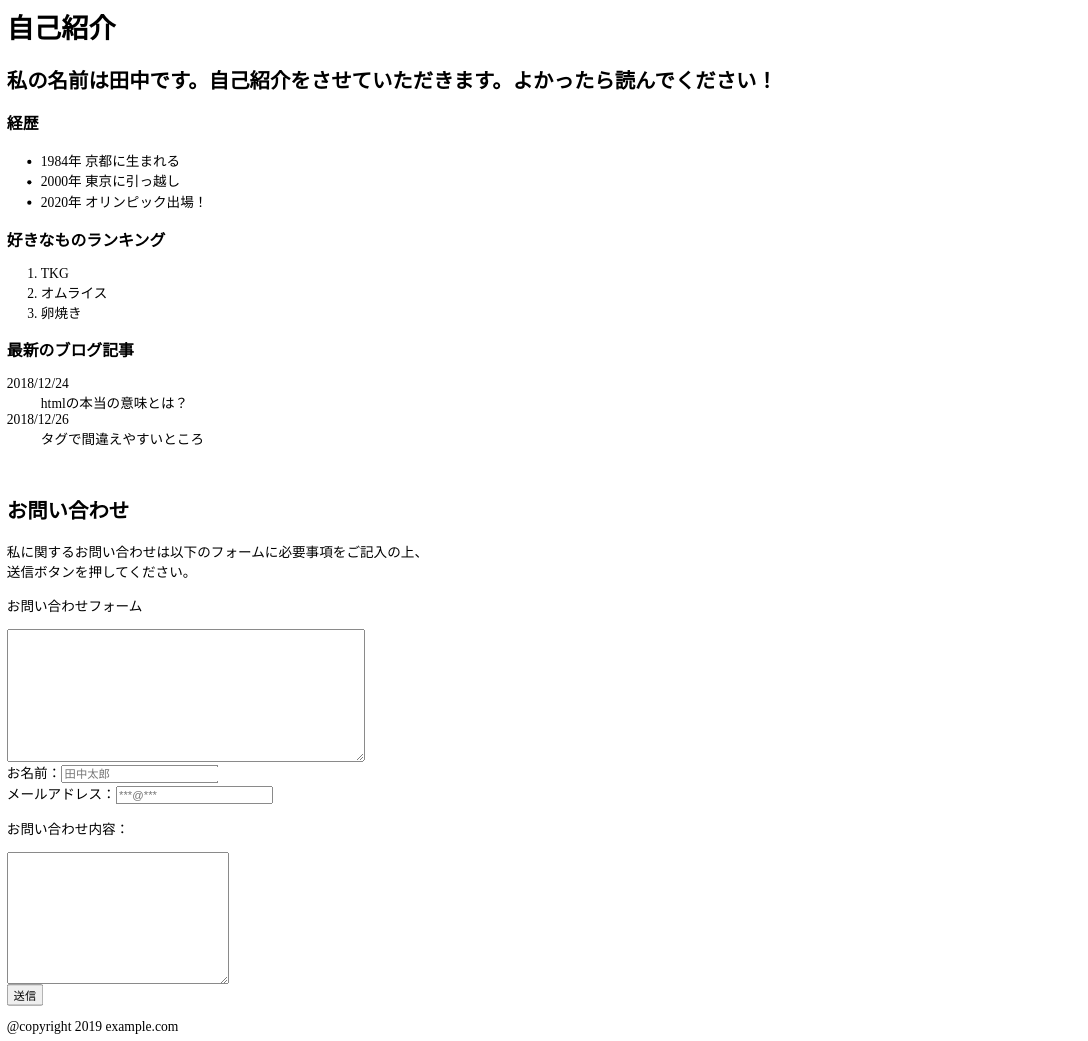
Repository: wairoku/suretigai1
Page: jack.html
An editor plug-in stored every save of this project. The page is shown before and after the next save, followed by the edit.
The browser window is 1280 px wide. The pictures show the whole page, at 85% of full size.

Above is the page before, as saved 2019-01-02 20:52:28.

After the next save:
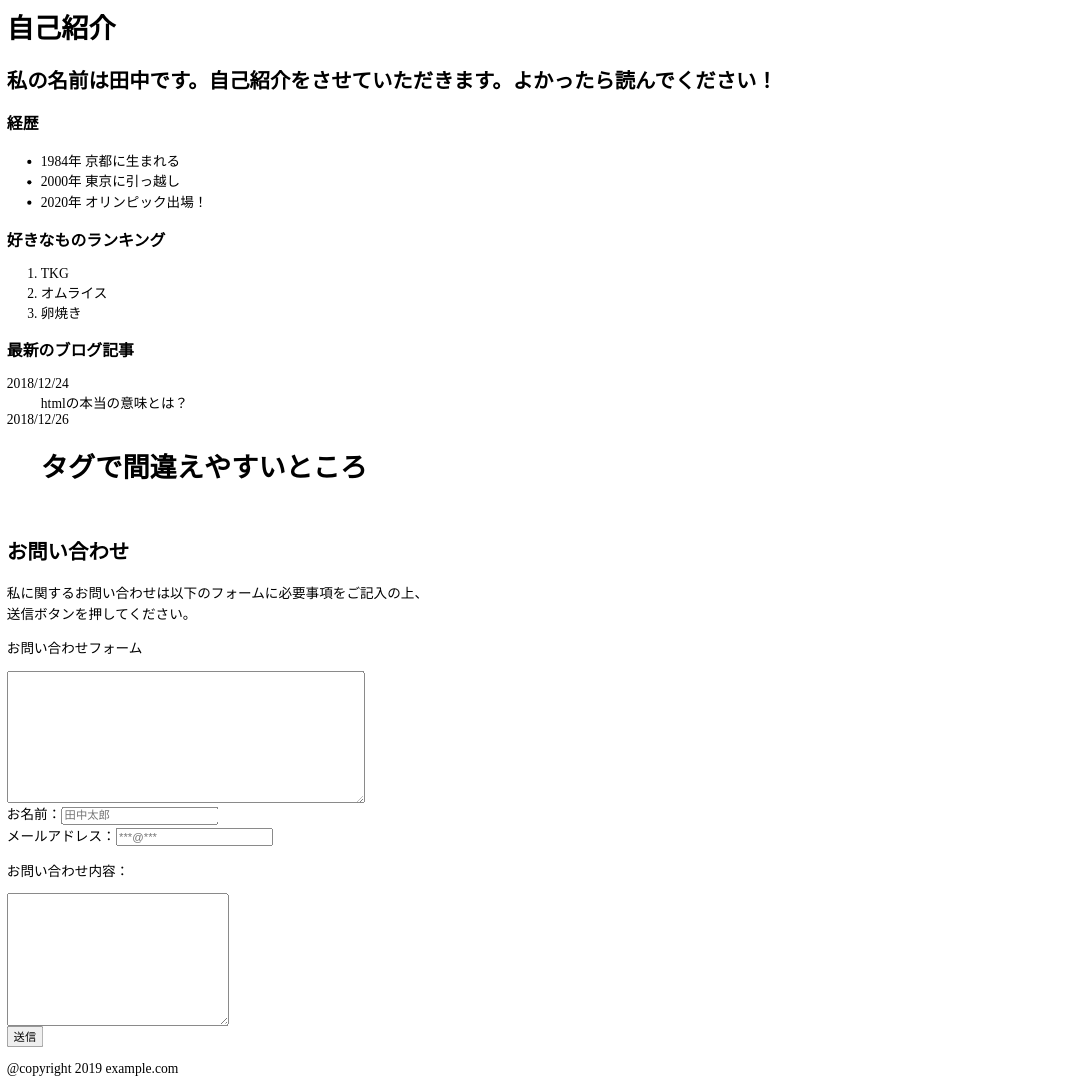
Saved 47 s later.
--- a/jack.html
+++ b/jack.html
@@ -29,7 +29,7 @@
         <dt>2018/12/24</dt>
             <dd>htmlの本当の意味とは？</dd>
          <dt>2018/12/26</dt>
-            <dd>タグで間違えやすいところ</dd>
+            <dd><h1>タグで間違えやすいところ</dd>
     </dl>
 
 
